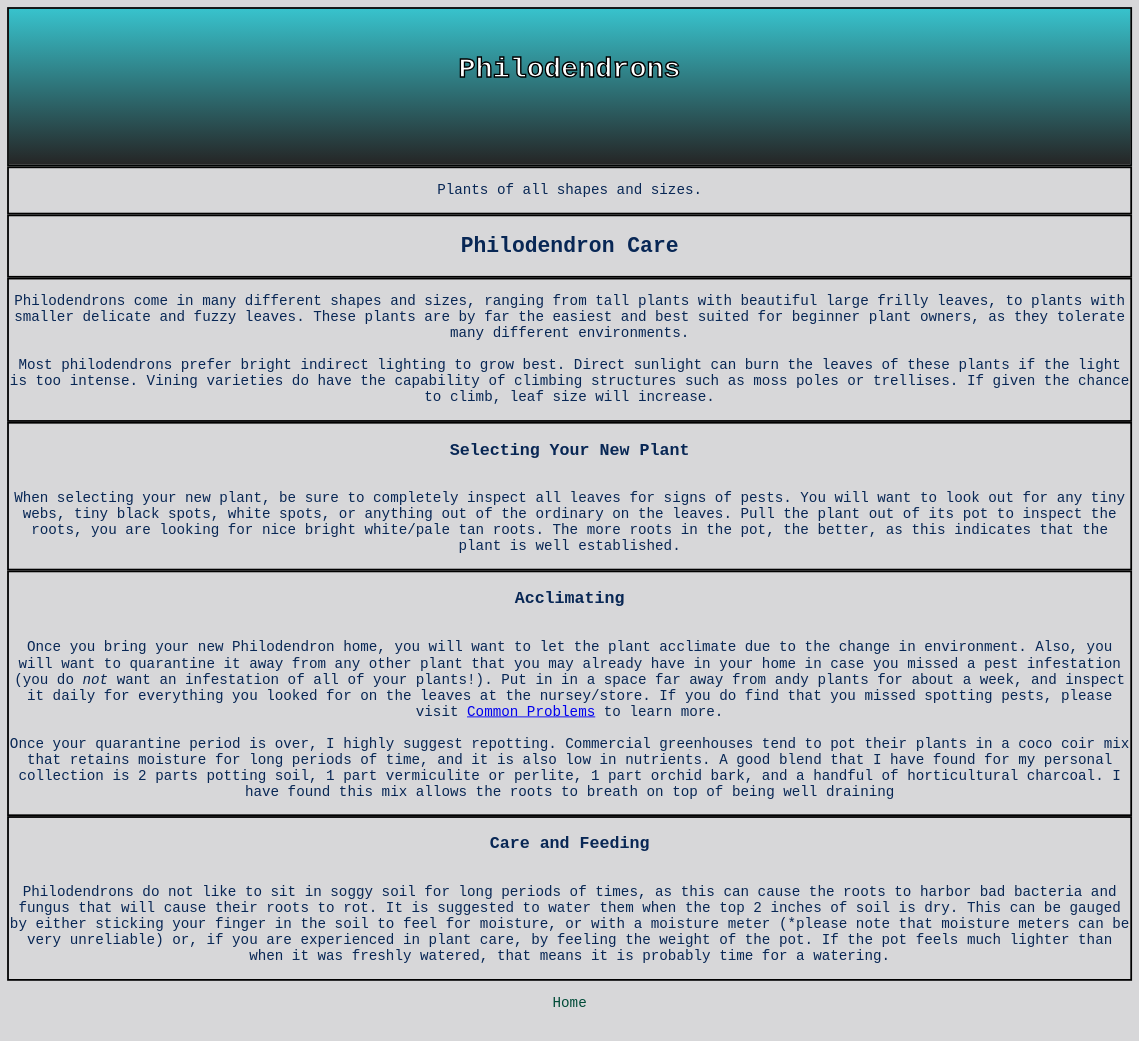
Repository: swillis91/odin-recipies
Page: Planty Page/philodendrons.html
An editor plug-in stored every save of this project. The page is shown before and after the next save, followed by the edit.
The browser window is 1280 px wide. The pictures show the whole page, at 89% of full size.

Above is the page before, as saved 2023-08-14 23:57:09.

After the next save:
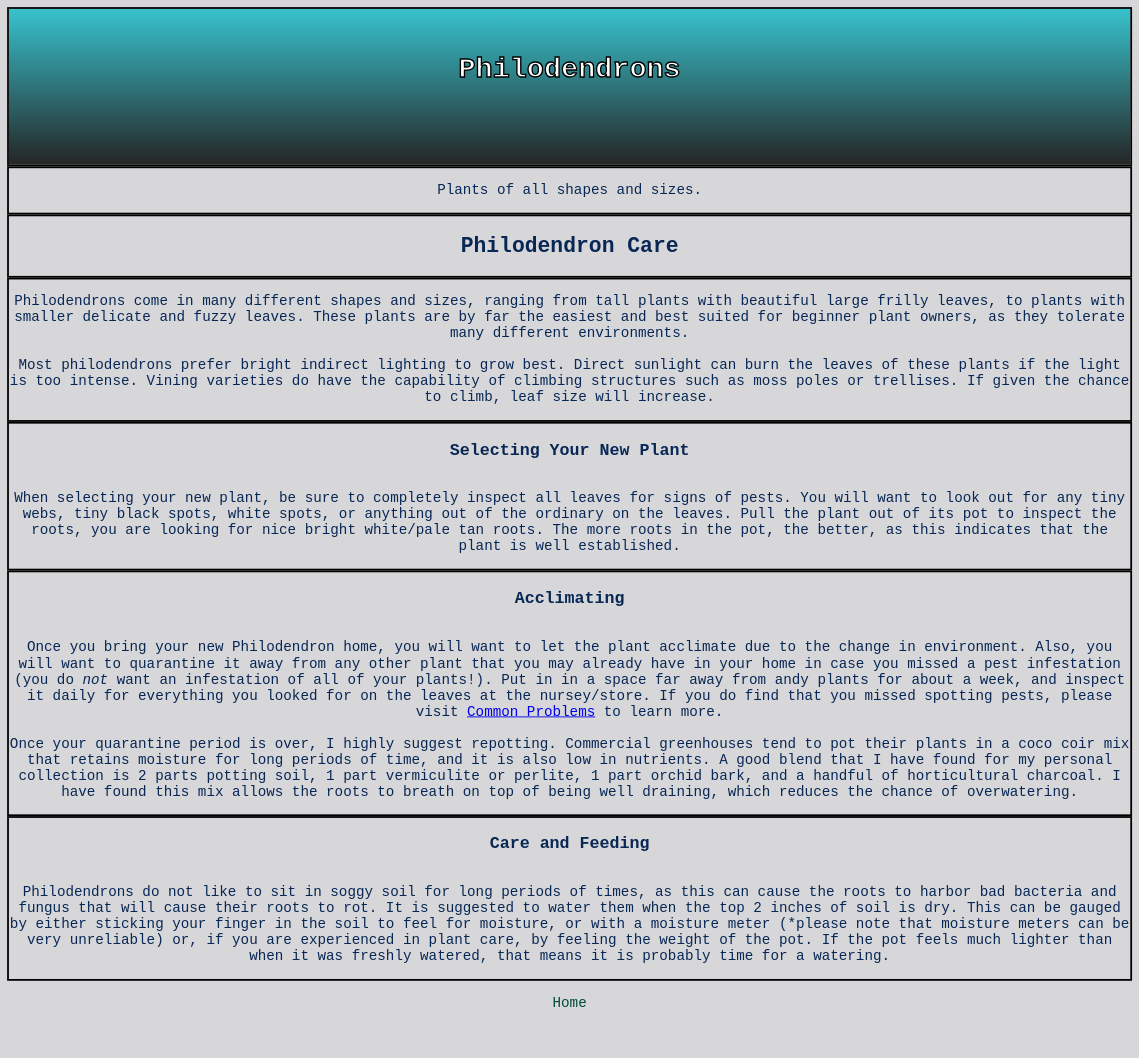
Saved 19 s later.
--- a/Planty Page/philodendrons.html
+++ b/Planty Page/philodendrons.html
@@ -28,7 +28,7 @@
                 <h3>Acclimating</h3>
                 <p>Once you bring your new Philodendron home, you will want to let the plant acclimate due to the change in environment. Also, you will want to quarantine it away from any other plant that you may already have in your home in case you missed a pest infestation (you do <em>not</em> want an infestation of all of your plants!). Put in in a space far away from andy plants for about a week, and inspect it daily for everything you looked for on the leaves at the nursey/store. If you do find that you missed spotting pests, please visit <a href='./problems'>Common Problems</a> to learn more.
                 <br><br>
-                Once your quarantine period is over, I highly suggest repotting. Commercial greenhouses tend to pot their plants in a coco coir mix that retains moisture for long periods of time, and it is also low in nutrients. A good blend that I have found for my personal collection is 2 parts potting soil, 1 part vermiculite or perlite, 1 part orchid bark, and a handful of horticultural charcoal. I have found this mix allows the roots to breath on top of being well draining </p>
+                Once your quarantine period is over, I highly suggest repotting. Commercial greenhouses tend to pot their plants in a coco coir mix that retains moisture for long periods of time, and it is also low in nutrients. A good blend that I have found for my personal collection is 2 parts potting soil, 1 part vermiculite or perlite, 1 part orchid bark, and a handful of horticultural charcoal. I have found this mix allows the roots to breath on top of being well draining, which reduces the chance of overwatering.</p>
             </div>
             <div class="box">
                 <h3>Care and Feeding</h3>
